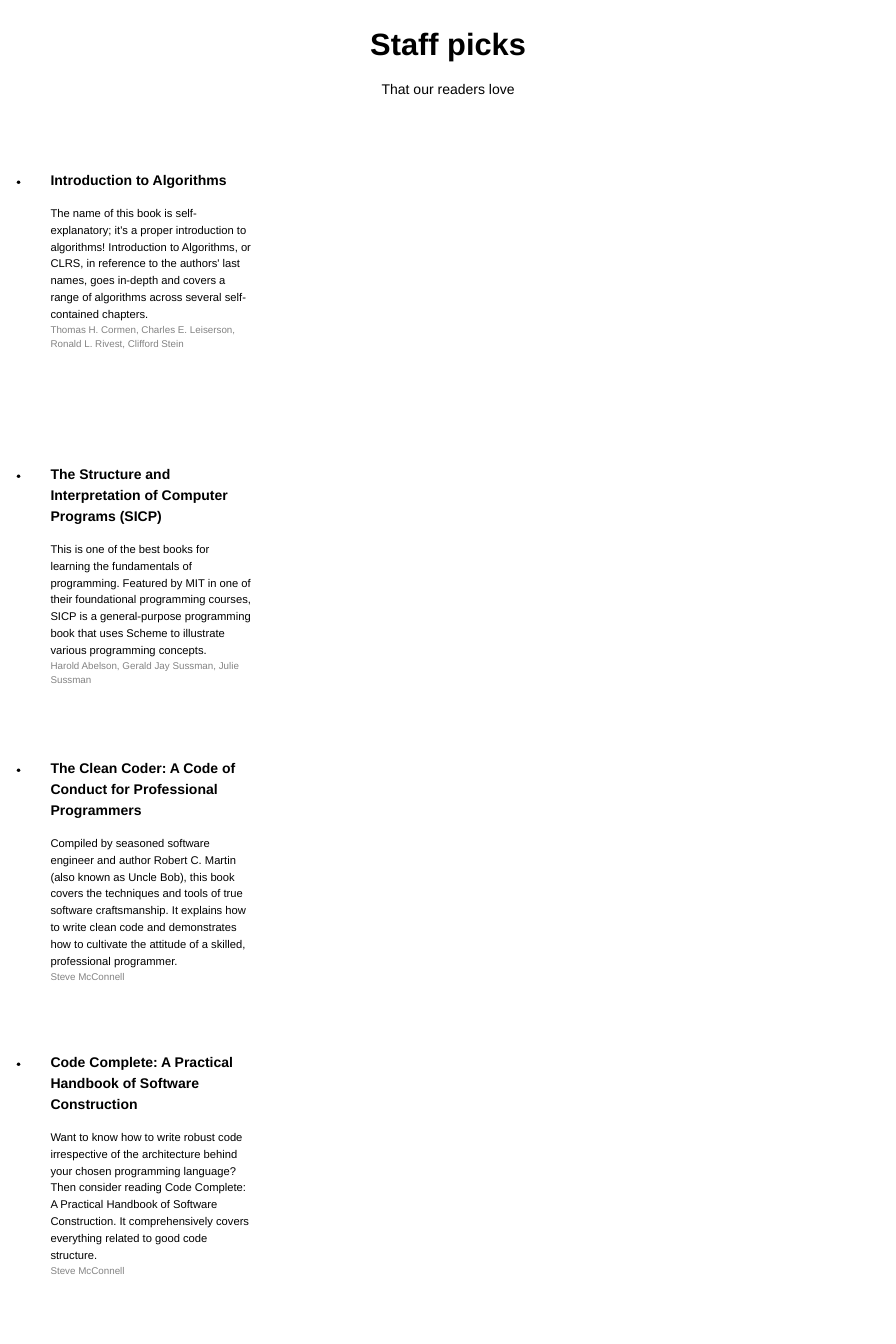
Repository: MWilliams-26/se_project_library
Page: index.html
These files come from the project's save history. The page is drawn as it stood at one moment and after the next save; the edit follows.
The browser window is 1280 px wide. The pictures show the part of the page from y = 1607 to 3527 px (the page is 4094 px tall before and 3254 px after), at 70% of full size.

Above is the page before, as saved 2023-04-03 10:51:17.

After the next save:
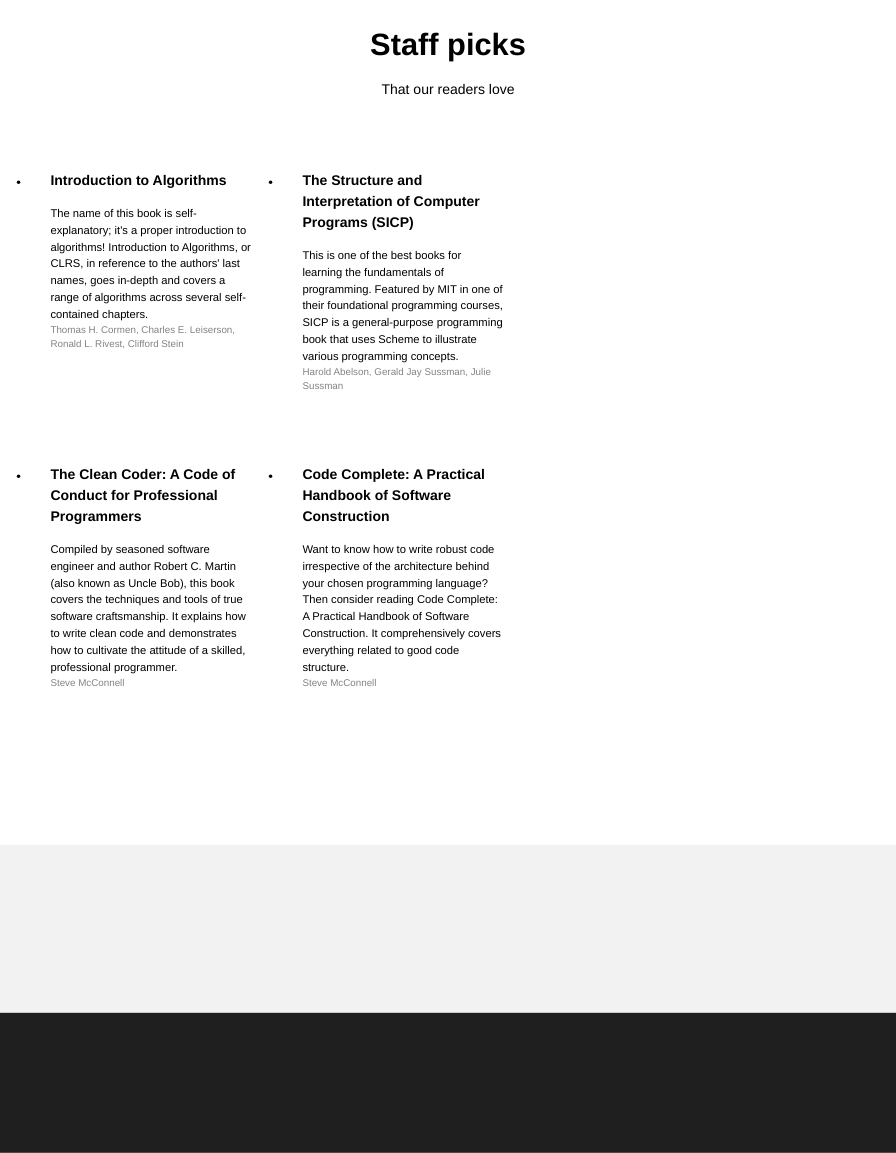
Saved 8 min 38 s later.
--- a/styles/style.css
+++ b/styles/style.css
@@ -248,6 +248,8 @@
 .staff__picks {
   max-width: 760px;
   margin-top: 68px;
+  display: flex;
+  flex-wrap: wrap;
 }
 /* Add the CSS rule for your new class here. Make sure to place it before .card: parents should precede their children */
 
